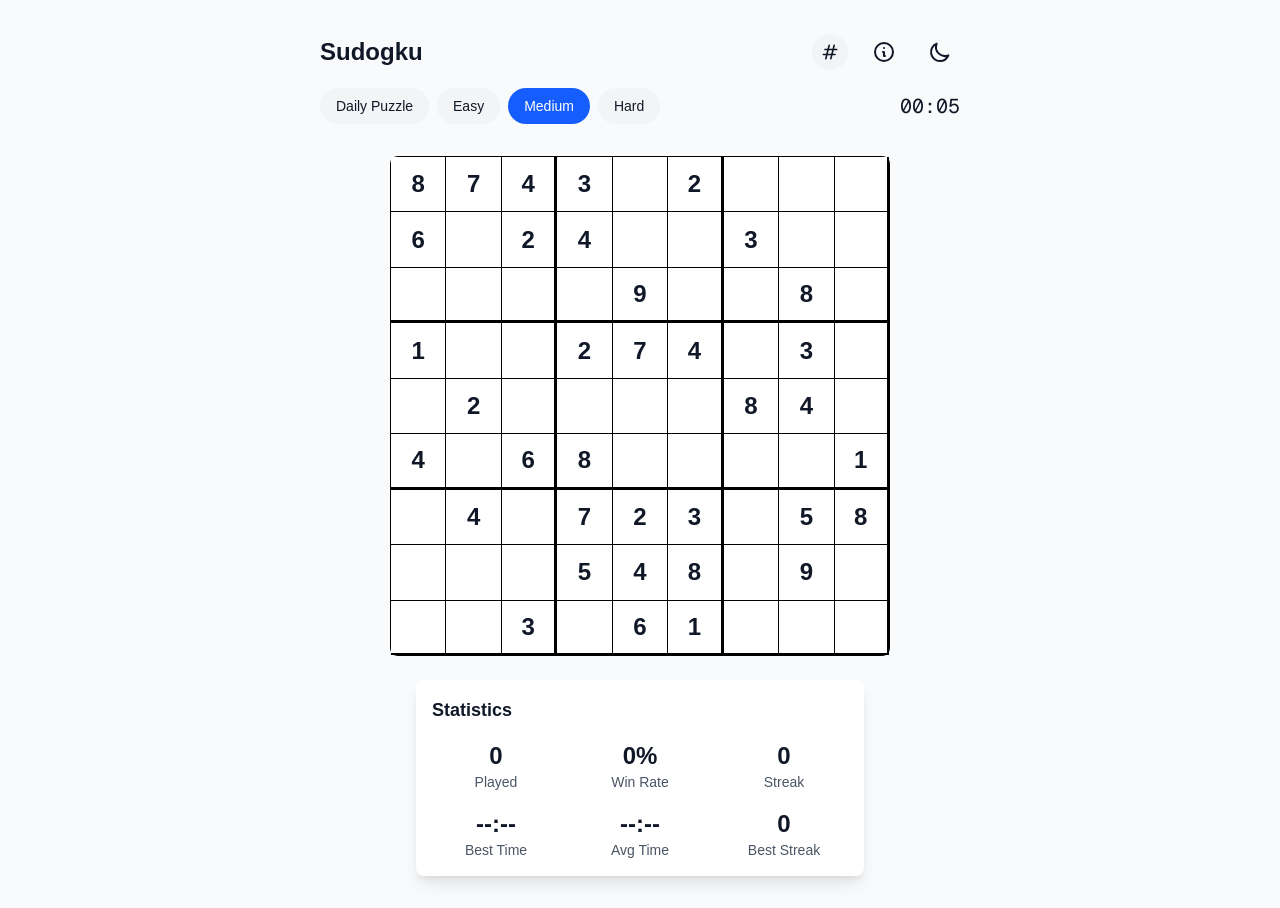
Repository: JavierSilvaF/sudogku
Page: / (app in sudogku-app/)
An editor plug-in stored every save of this project. The page is shown before and after a run of saves, followed by the edit.
The browser window is 1280 px wide. The pictures show the whole page.
The project was rebuilt for these pictures with package versions that can differ from the ones it lists, and the page was loaded fresh each time. The framework's server and built-in components were replaced by stand-ins that run in the browser. Also part of the build but not shown: sudogku-app/next.config.mjs, sudogku-app/next.config.ts, sudogku-app/src/utils/dogImages.tsx.

Above is the page before, as saved 2025-04-06 03:11:00.

After the next 2 saves:
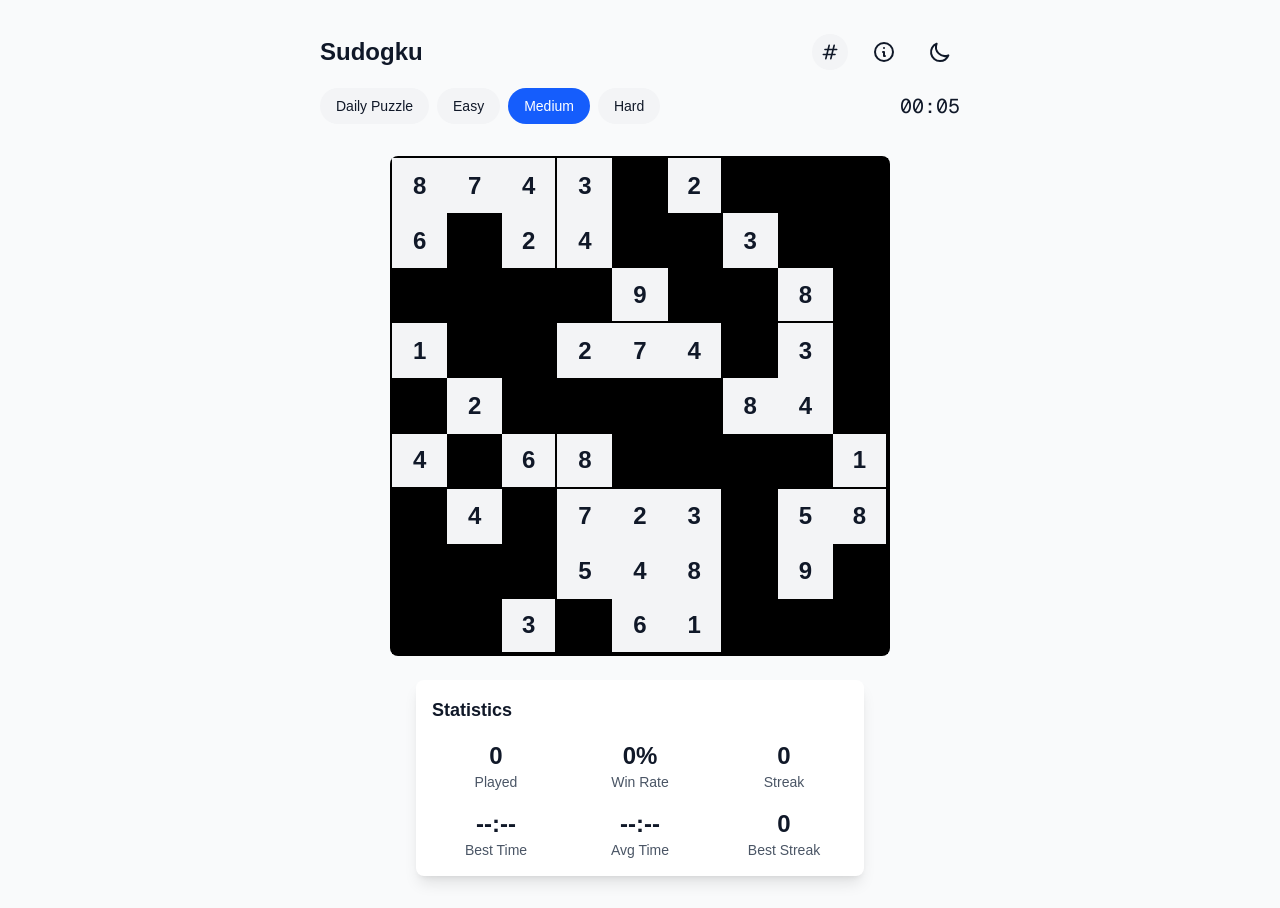
The 2 saves are shown as one change because 1 did not build or start.
The last was saved 89 s later.
--- a/sudogku-app/src/components/GameBoard.tsx
+++ b/sudogku-app/src/components/GameBoard.tsx
@@ -123,53 +123,55 @@ export default function GameBoard() {
     setSelectedCell([row, col])
   }
 
+  const isRelatedCell = (
+    selectedCell: [number, number] | null,
+    row: number,
+    col: number
+  ): boolean => {
+    if (!selectedCell) return false
+    const [selectedRow, selectedCol] = selectedCell
+    return (
+      selectedRow === row ||
+      selectedCol === col ||
+      (Math.floor(selectedRow / 3) === Math.floor(row / 3) &&
+        Math.floor(selectedCol / 3) === Math.floor(col / 3))
+    )
+  }
+
   return (
     <div className='w-full max-w-[500px] mx-auto'>
-      <div className='grid grid-cols-9 gap-[1px] bg-black dark:bg-black p-[1px] rounded-lg'>
+      <div className='grid grid-cols-9 gap-0 bg-black dark:bg-black p-0.5 rounded-lg'>
         {board.map((row, rowIndex) =>
           row.map((cell, colIndex) => {
             const isSelected =
-              selectedCell?.[0] === rowIndex && selectedCell?.[1] === colIndex
-            const isRelated =
               selectedCell &&
-              (selectedCell[0] === rowIndex ||
-                selectedCell[1] === colIndex ||
-                (Math.floor(selectedCell[0] / 3) === Math.floor(rowIndex / 3) &&
-                  Math.floor(selectedCell[1] / 3) === Math.floor(colIndex / 3)))
-            const cellPencilMarks = pencilMarks.get(`${rowIndex}-${colIndex}`)
-            const hasPencilMarks = cellPencilMarks && cellPencilMarks.size > 0
-            const hasError = errors.has(`${rowIndex}-${colIndex}`)
+              selectedCell[0] === rowIndex &&
+              selectedCell[1] === colIndex
+            const isRelated = isRelatedCell(selectedCell, rowIndex, colIndex)
+            const hasError =
+              cell !== null && cell !== solution[rowIndex][colIndex]
+            const isInitial = initialBoard[rowIndex][colIndex] !== null
 
             return (
               <motion.button
                 key={`${rowIndex}-${colIndex}`}
-                className={`
-                  aspect-square w-full flex items-center justify-center text-2xl font-bold
-                  ${
-                    isSelected
-                      ? 'bg-gray-300 dark:bg-gray-500 border-2 border-blue-500'
-                      : ''
-                  }
-                  ${
-                    isRelated && !isSelected
-                      ? 'bg-blue-100 dark:bg-blue-900'
-                      : ''
-                  }
-                  ${
-                    !isSelected && !isRelated ? 'bg-white dark:bg-gray-800' : ''
-                  }
-                  ${
-                    colIndex % 3 === 2
-                      ? 'border-r-2 border-black dark:border-white'
-                      : ''
-                  }
-                  ${
-                    rowIndex % 3 === 2
-                      ? 'border-b-2 border-black dark:border-white'
-                      : ''
-                  }
-                  ${hasError ? 'text-red-500 dark:text-red-400' : ''}
-                `}
+                className={`relative aspect-square w-full flex items-center justify-center text-2xl font-bold cursor-pointer select-none ${
+                  isSelected
+                    ? 'bg-gray-300 dark:bg-gray-500 border-2 border-blue-500'
+                    : isRelated
+                    ? 'bg-blue-100 dark:bg-blue-900'
+                    : isInitial
+                    ? 'bg-gray-100 dark:bg-gray-700'
+                    : ''
+                } ${
+                  colIndex % 3 === 2
+                    ? 'border-r-2 border-black dark:border-white'
+                    : ''
+                } ${
+                  rowIndex % 3 === 2
+                    ? 'border-b-2 border-black dark:border-white'
+                    : ''
+                } ${hasError ? 'text-red-500 dark:text-red-400' : ''}`}
                 onClick={() => handleCellClick(rowIndex, colIndex)}
                 whileTap={{ scale: 0.95 }}
               >
@@ -181,17 +183,6 @@ export default function GameBoard() {
                   ) : (
                     <span>{cell}</span>
                   )
-                ) : hasPencilMarks ? (
-                  <div className='grid grid-cols-3 gap-0.5 w-full h-full text-xs'>
-                    {[1, 2, 3, 4, 5, 6, 7, 8, 9].map((num) => (
-                      <div
-                        key={num}
-                        className='flex items-center justify-center'
-                      >
-                        {cellPencilMarks?.has(num) && num}
-                      </div>
-                    ))}
-                  </div>
                 ) : null}
               </motion.button>
             )
